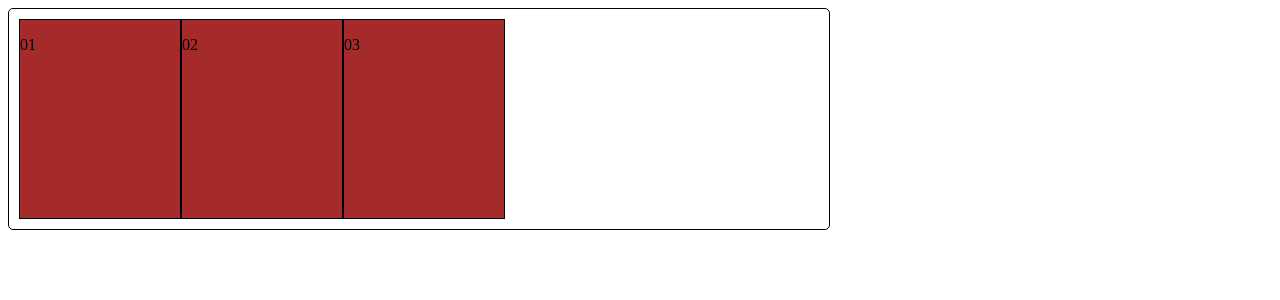
Repository: ozielms/flexbox
Page: outros/flexbox-master/index.html
An editor plug-in stored every save of this project. The page is shown before and after the next save, followed by the edit.
The browser window is 1280 px wide. The pictures show the whole page.

Above is the page before, as saved 2022-04-23 03:57:53.

### outros/flexbox-master/index.html
<!DOCTYPE html>
<html lang="en">

<head>
    <meta charset="UTF-8">
    <meta http-equiv="X-UA-Compatible" content="IE=edge">
    <meta name="viewport" content="width=device-width, initial-scale=1.0">
    <title>Flexbox</title>

    <link rel="stylesheet" href="css/estilo.css">
</head>

<body>

    <div class="pai">
        <div class="filho1">
            <p>01</p>
        </div>
        <div class="filho2">
            <p>02</p>
        </div>
        <div class="filho3">
            <p>03</p>
        </div>
    </div>

</body>

</html>

### outros/flexbox-master/css/estilo.css
.pai {
    max-width: 800px;
    padding: 10px;
    border: 2px solid black;
    width: 100%;
    height: 200px;
    border: 1px solid black;
    border-radius: 5px;
    display: flex;
    flex-direction: row;
    align-items: center;
}

.filho1 {
    width: 20%;
    height: 99%;
    background-color: brown;
    border: 1px solid black;
    fle
}

.filho2 {
    width: 20%;
    height: 99%;
    background-color: brown;
    border: 1px solid black;
}

.filho3 {
    width: 20%;
    height: 99%;
    background-color: brown;
    border: 1px solid black;
}

After the next save:
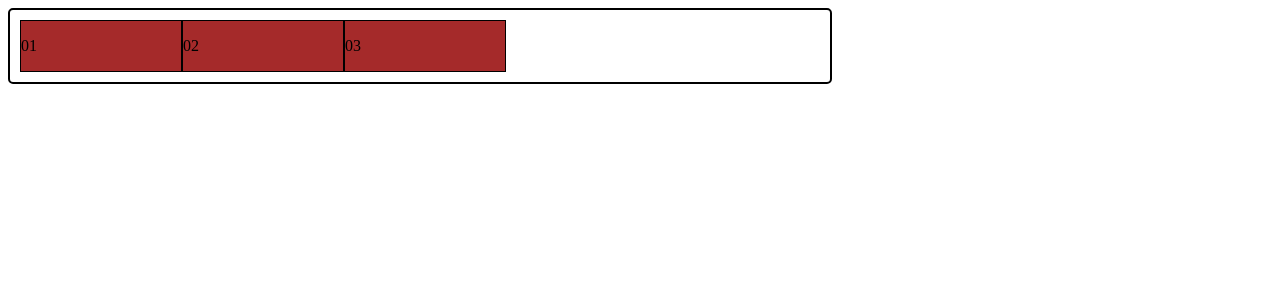
Saved 8 s later.
--- a/outros/flexbox-master/css/estilo.css
+++ b/outros/flexbox-master/css/estilo.css
@@ -2,9 +2,6 @@
     max-width: 800px;
     padding: 10px;
     border: 2px solid black;
-    width: 100%;
-    height: 200px;
-    border: 1px solid black;
     border-radius: 5px;
     display: flex;
     flex-direction: row;
